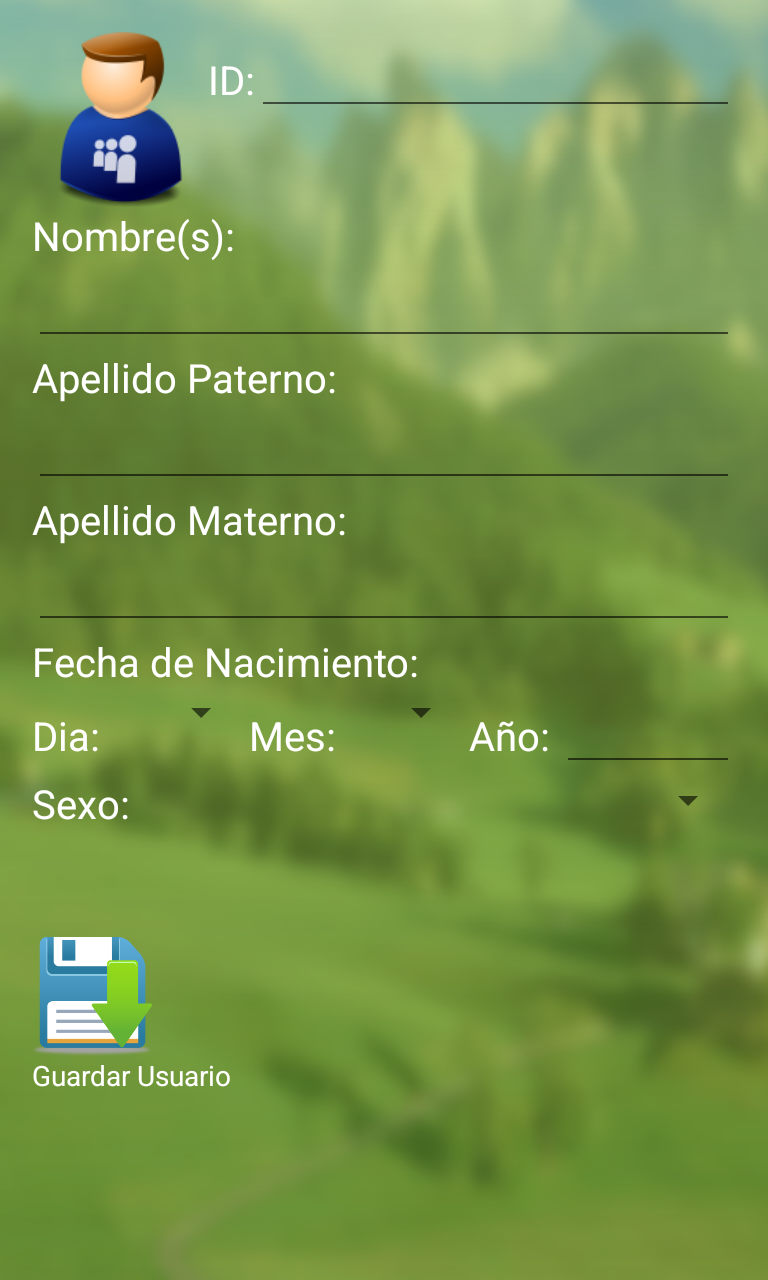
Repository: AntonioloNeviani/ProyectoDeInvestigacion_Android
Layout: FiliiStude/res/layout/activity_editar_usuario.xml
An editor plug-in stored every save of this project. The layout is shown before and after a run of saves, followed by the edit.
It is drawn on a 768 x 1280 px phone screen (xhdpi) without system bars, with theme AppTheme; the app's code is not run.

Above is the layout before, as saved 2015-05-26 17:58:57.

### FiliiStude/res/layout/activity_editar_usuario.xml
<RelativeLayout xmlns:android="http://schemas.android.com/apk/res/android"
    xmlns:tools="http://schemas.android.com/tools"
    android:layout_width="match_parent"
    android:layout_height="match_parent"
    android:background="@drawable/fondo4"
    android:paddingBottom="@dimen/activity_vertical_margin"
    android:paddingLeft="@dimen/activity_horizontal_margin"
    android:paddingRight="@dimen/activity_horizontal_margin"
    android:paddingTop="@dimen/activity_vertical_margin"
    tools:context="com.filii.filiistude.EditarUsuario" >

    <ScrollView
        android:id="@+id/scrollView1"
        android:layout_width="match_parent"
        android:layout_height="match_parent" >

        <LinearLayout
            android:layout_width="match_parent"
            android:layout_height="match_parent"
            android:orientation="vertical" >

            <LinearLayout
                android:layout_width="match_parent"
                android:layout_height="wrap_content" >

                <ImageView
                    android:id="@+id/imageView1"
                    android:layout_width="88dp"
                    android:layout_height="88dp"
                    android:src="@drawable/usuario" />

                <TextView
                    android:id="@+id/textView2"
                    android:layout_width="wrap_content"
                    android:layout_height="wrap_content"
                    android:text="ID:"
                    android:textColor="#FFFFFF"
                    android:textSize="20sp" />

                <EditText
                    android:id="@+id/editID"
                    android:layout_width="wrap_content"
                    android:layout_height="wrap_content"
                    android:layout_weight="1"
                    android:inputType="number"
                    android:textColor="#FFFFFF"
                    android:textSize="20sp" />
            </LinearLayout>

            <TextView
                android:id="@+id/textView1"
                android:layout_width="wrap_content"
                android:layout_height="wrap_content"
                android:text="Nombre(s): "
                android:textColor="#FFFFFF"
                android:textSize="20sp" />

            <EditText
                android:id="@+id/editNombre"
                android:layout_width="match_parent"
                android:layout_height="wrap_content"
                android:ems="10"
                android:inputType="textPersonName"
                android:textColor="#FFFFFF"
                android:textSize="20sp" />

            <TextView
                android:id="@+id/textView3"
                android:layout_width="wrap_content"
                android:layout_height="wrap_content"
                android:text="Apellido Paterno: "
                android:textColor="#FFFFFF"
                android:textSize="20sp" />

            <EditText
                android:id="@+id/editApaterno"
                android:layout_width="match_parent"
                android:layout_height="wrap_content"
                android:ems="10"
                android:inputType="textPersonName"
                android:textColor="#FFFFFF"
                android:textSize="20sp" />

            <TextView
                android:id="@+id/textView4"
                android:layout_width="wrap_content"
                android:layout_height="wrap_content"
                android:text="Apellido Materno: "
                android:textColor="#FFFFFF"
                android:textSize="20sp" />

            <EditText
                android:id="@+id/editAmaterno"
                android:layout_width="match_parent"
                android:layout_height="wrap_content"
                android:ems="10"
                android:inputType="textPersonName"
                android:textColor="#FFFFFF"
                android:textSize="20sp" />

            <TextView
                android:id="@+id/textView5"
                android:layout_width="wrap_content"
                android:layout_height="wrap_content"
                android:text="Fecha de Nacimiento: "
                android:textColor="#FFFFFF"
                android:textSize="20sp" />

            <LinearLayout
                android:layout_width="match_parent"
                android:layout_height="wrap_content" >

                <TextView
                    android:id="@+id/textView7"
                    android:layout_width="wrap_content"
                    android:layout_height="wrap_content"
                    android:text="Dia: "
                    android:textColor="#FFFFFF"
                    android:textSize="20sp" />

                <Spinner
                    android:id="@+id/spinnerDia"
                    android:layout_width="56dp"
                    android:layout_height="wrap_content"
                    android:layout_weight="1" />

                <TextView
                    android:id="@+id/textView8"
                    android:layout_width="wrap_content"
                    android:layout_height="wrap_content"
                    android:text="Mes: "
                    android:textColor="#FFFFFF"
                    android:textSize="20sp" />

                <Spinner
                    android:id="@+id/spinnerMes"
                    android:layout_width="wrap_content"
                    android:layout_height="wrap_content"
                    android:layout_weight="1" />

                <TextView
                    android:id="@+id/textView9"
                    android:layout_width="wrap_content"
                    android:layout_height="wrap_content"
                    android:text="Año: "
                    android:textColor="#FFFFFF"
                    android:textSize="20sp" />

                <EditText
                    android:id="@+id/editAnno"
                    android:layout_width="74dp"
                    android:layout_height="wrap_content"
                    android:layout_weight="1"
                    android:ems="10"
                    android:inputType="date"
                    android:textColor="#FFFFFF"
                    android:textSize="20sp" />
            </LinearLayout>

            <LinearLayout
                android:layout_width="match_parent"
                android:layout_height="80dp" >

                <TextView
                    android:id="@+id/textView6"
                    android:layout_width="wrap_content"
                    android:layout_height="wrap_content"
                    android:text="Sexo: "
                    android:textColor="#FFFFFF"
                    android:textSize="20sp" />

                <Spinner
                    android:id="@+id/sexo"
                    android:layout_width="120dp"
                    android:layout_height="wrap_content"
                    android:layout_weight="1"
                    android:textColor="#FFFFFF"
                    android:textSize="20sp" />
            </LinearLayout>

           <LinearLayout
                android:layout_width="match_parent"
                android:layout_height="wrap_content" >

                <LinearLayout
                    android:layout_width="wrap_content"
                    android:layout_height="match_parent"
                    android:orientation="vertical" >

                    <ImageButton
                        android:id="@+id/btnNuevo"
                        android:layout_width="60dp"
                        android:layout_height="60dp"
                        android:background="@drawable/autosave"
                        android:onClick="onClick" />

                    <TextView
                        android:id="@+id/txtNuevo"
                        android:layout_width="wrap_content"
                        android:layout_height="wrap_content"
                        android:textColor="#FFFFFF"
                        android:text="Guardar Usuario" />

                </LinearLayout>



            </LinearLayout>
        </LinearLayout>

    </ScrollView>

</RelativeLayout>

Loaded but not shown: FiliiStude/res/values/styles.xml (common file); FiliiStude/res/values-v11/styles.xml (common file); FiliiStude/res/values-v14/styles.xml (common file); FiliiStude/res/values/dimens.xml (common file); FiliiStude/res/values-w820dp/dimens.xml (common file)

After the next 2 saves:
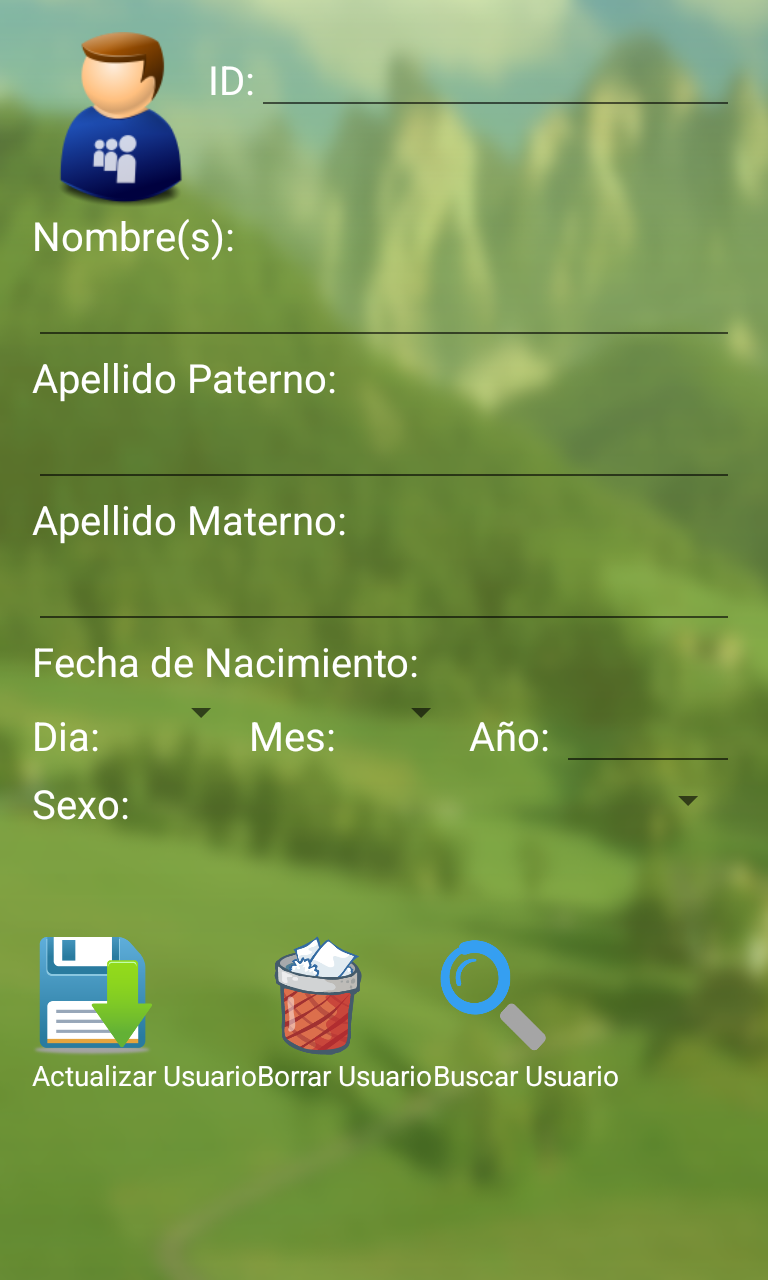
The 2 saves are shown as one change because 1 did not build or start.
The last was saved 42 min 37 s later.
--- a/FiliiStude/res/layout/activity_editar_usuario.xml
+++ b/FiliiStude/res/layout/activity_editar_usuario.xml
@@ -188,22 +188,63 @@
                     android:orientation="vertical" >
 
                     <ImageButton
-                        android:id="@+id/btnNuevo"
+                        android:id="@+id/btnActualizar"
                         android:layout_width="60dp"
                         android:layout_height="60dp"
                         android:background="@drawable/autosave"
                         android:onClick="onClick" />
 
                     <TextView
-                        android:id="@+id/txtNuevo"
+                        android:id="@+id/txtActualizar"
                         android:layout_width="wrap_content"
                         android:layout_height="wrap_content"
                         android:textColor="#FFFFFF"
-                        android:text="Guardar Usuario" />
+                        android:text="Actualizar Usuario" />
 
                 </LinearLayout>
 
-
+				<LinearLayout
+                    android:layout_width="wrap_content"
+                    android:layout_height="match_parent"
+                    android:orientation="vertical" >
+
+                    <ImageButton
+                        android:id="@+id/btnEliminar"
+                        android:layout_width="60dp"
+                        android:layout_height="60dp"
+                        android:background="@drawable/erase"
+                        android:onClick="onClick" />
+
+                    <TextView
+                        android:id="@+id/txtEliminar"
+                        android:layout_width="wrap_content"
+                        android:layout_height="wrap_content"
+                        android:textColor="#FFFFFF"
+                        android:text="Borrar Usuario" />
+
+                </LinearLayout>
+
+
+				<LinearLayout
+                    android:layout_width="wrap_content"
+                    android:layout_height="match_parent"
+                    android:orientation="vertical" >
+
+                    <ImageButton
+                        android:id="@+id/btnBuscar"
+                        android:layout_width="60dp"
+                        android:layout_height="60dp"
+                        android:background="@drawable/seach"
+                        android:onClick="onClick" />
+
+                    <TextView
+                        android:id="@+id/txtBuscar"
+                        android:layout_width="wrap_content"
+                        android:layout_height="wrap_content"
+                        android:textColor="#FFFFFF"
+                        android:text="Buscar Usuario" />
+
+                </LinearLayout>
 
             </LinearLayout>
         </LinearLayout>
